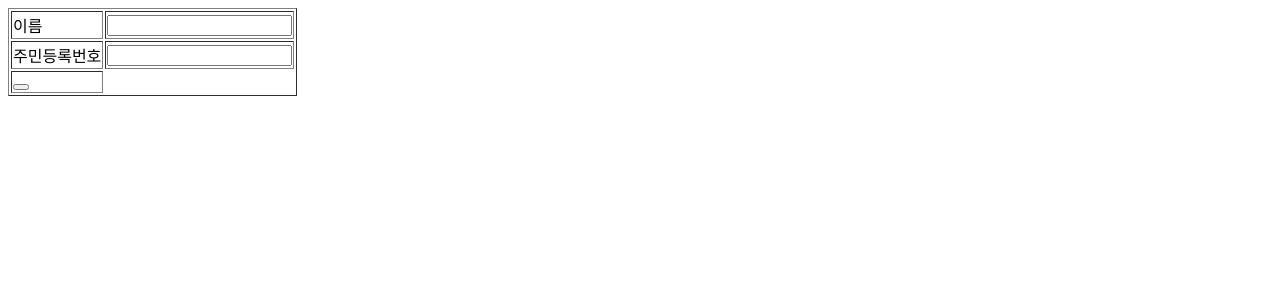
Repository: Jhoon0211/java_work
Page: http://localhost/jspProj/res_number/res_number.jsp
The author's editor kept a copy of each file at every save. The page is drawn from the files as they stood at one save, then again after the next save.
The browser window is 1280 px wide. The pictures show the whole page.
The page is served by Tomcat 9. Other server files are loaded and not shown.

Above is the page before, as saved 2023-08-02 02:08:59.

### jspProj/src/main/webapp/res_number/res_number.jsp
<%@ page language="java" contentType="text/html; charset=UTF-8"
    pageEncoding="UTF-8"%>
<!DOCTYPE html>
<html>
<head>
<meta charset="UTF-8">
<title>Insert title here</title>
</head>
<body>
	<form>
		<table border="">
			<tr>
				<td>이름</td>
				<td><input type="text" /></td>
			</tr>
			<tr>
				<td>주민등록번호</td>
				<td><input type="text" /></td>
			</tr>
			<tr>
				<td>
					<button type="submit" value="제출"></button>
				</td>
			</tr>
		</table>
	</form>
</body>
</html>

After the next save:
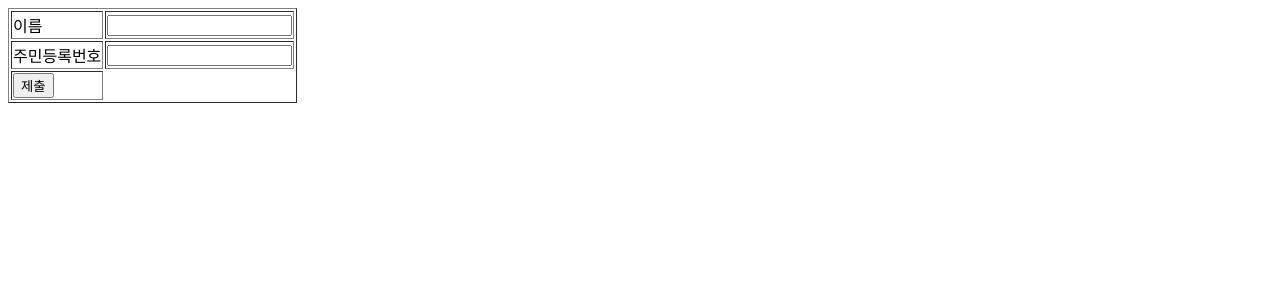
Saved 7 s later.
--- a/jspProj/src/main/webapp/res_number/res_number.jsp
+++ b/jspProj/src/main/webapp/res_number/res_number.jsp
@@ -19,7 +19,7 @@
 			</tr>
 			<tr>
 				<td>
-					<button type="submit" value="제출"></button>
+					<button type="submit" value="">제출</button>
 				</td>
 			</tr>
 		</table>
